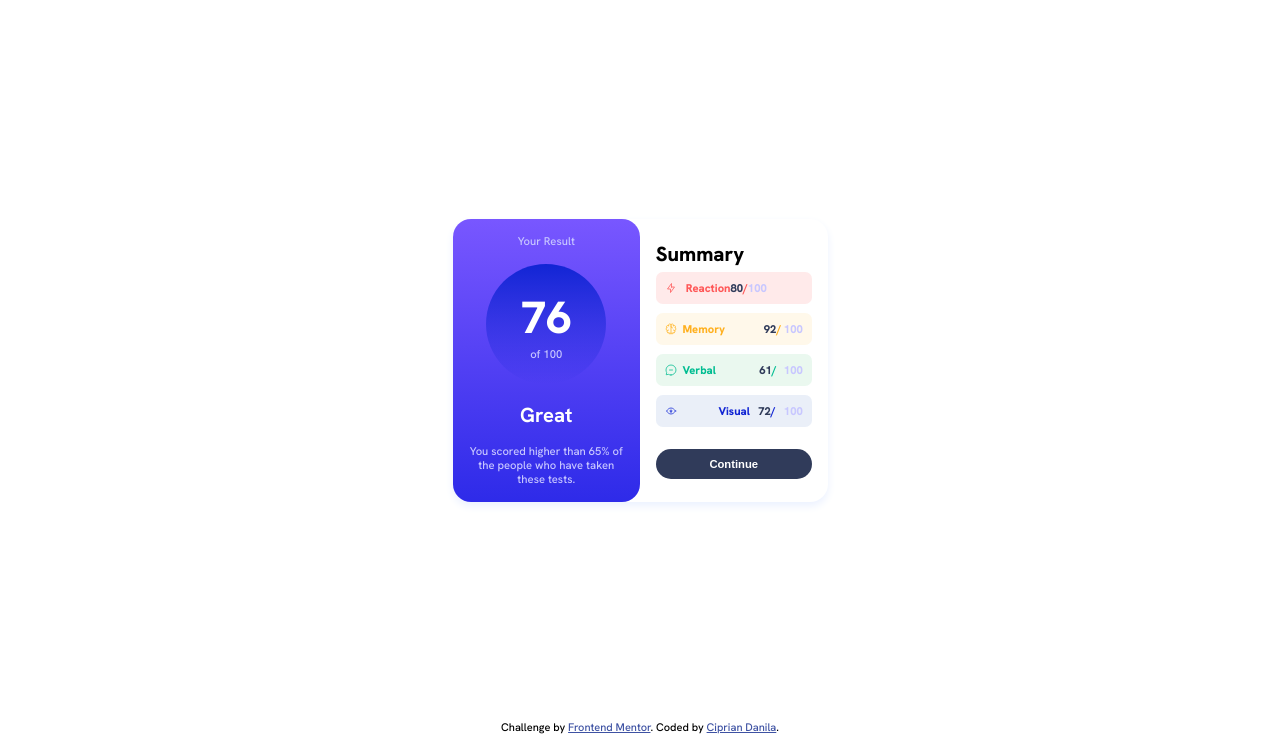
Repository: cipdanila/results-summary-component
Page: index.html
The author's editor kept a copy of each file at every save. The page is drawn from the files as they stood at one save, then again after the next save.
The browser window is 1280 px wide. The pictures show the whole page.

Above is the page before, as saved 2024-02-05 20:41:58.

### index.html
<!DOCTYPE html>
<html lang="en">
    <head>
        <meta charset="UTF-8" />
        <meta name="viewport" content="width=device-width, initial-scale=1.0" />
        <!-- displays site properly based on user's device -->

        <link rel="icon" type="image/png" sizes="32x32" href="./assets/images/favicon-32x32.png" />
        <link rel="stylesheet" href="styles.css" />
        <title>Frontend Mentor | Results summary component</title>
    </head>
    <body>
        <main>
            <div class="card">
                <div class="result">
                    <p id="result-title">Your Result</p>
                    <div class="score-circle">
                        <div class="big-num">76</div>
                        <div class="small-text">of 100</div>
                    </div>
                    <h4>Great</h4>
                    <p>You scored higher than 65% of the people who have taken these tests.</p>
                </div>
                <div class="summary">
                    <p id="summary">Summary</p>
                    <div class="reaction">
                        <img src="./assets/images/icon-reaction.svg" alt="raction icon" />
                        <p>Reaction <span class="percent">80</span>/<span class="hundred">100</span></p>
                    </div>
                    <div class="memory">
                        <img src="./assets/images/icon-memory.svg" alt="memory icon" />
                        <p>Memory</p> <span class="percent">92</span> / <span class="hundred">100</span>
                    </div>
                    <div class="verbal">
                        <img src="./assets/images/icon-verbal.svg" alt="verbal icon" />
                        <p>Verbal</p> <span class="percent">61</span> / <span class="hundred">100</span>
                    </div>
                    <div class="visual">
                        <img src="./assets/images/icon-visual.svg" alt="visual icon" />
                        <p></p>Visual <span class="percent">72</span> / <span class="hundred">100</span>
                    </div>
                    <button class="continue" type="button">Continue</button>
                </div>
            </div>
        </main>

        <footer>
            <div class="attribution">
                Challenge by
                <a
                    href="https://www.frontendmentor.io/challenges/results-summary-component-CE_K6s0maV/hub"
                    target="_blank"
                    rel="noopener noreferer"
                    >Frontend Mentor</a
                >. Coded by <a href="https://github.com/cipdanila" target="_blank" rel="noopener noreferer">Ciprian Danila</a>.
            </div>
        </footer>
    </body>
</html>

### styles.css
@import url("https://fonts.googleapis.com/css2?family=Hanken+Grotesk:wght@500;700;800&display=swap");

:root {
    /* Colors */
    /* Primary */
    --light-red: hsl(0, 100%, 67%);
    --orange-yellow: hsl(39, 100%, 56%);
    --green-teal: hsl(166, 100%, 37%);
    --cobalt-blue: hsl(234, 85%, 45%);
    /* Gradients */
    --light-slate-blue: hsl(252, 100%, 67%); /*  (background) */
    --light-royal-blue: hsl(241, 81%, 54%); /* (background) */

    --violet-blue: hsla(256, 72%, 46%, 1); /* (circle) */
    --persian-blue: hsla(241, 72%, 46%, 0); /* (circle) */
    /* Neutral */
    --white: hsl(0, 0%, 100%);
    --pale-blue: hsl(221, 100%, 96%);
    --light-lavender: hsl(241, 100%, 89%);
    --dark-gray-blue: hsl(224, 30%, 27%);
}

*,
*::after,
*::before {
    margin: 0;
    padding: 0;
    box-sizing: border-box;
}

body,
html {
    height: 100%;
    font-family: "Hanken Grotesk", sans-serif;
    font-size: 1.125rem; /* 18px */
    font-weight: 300;
    background-color: var(--white);
}

main {
    display: flex;
    justify-content: center;
    align-items: center;
    height: 100%;
}

.card {
    max-width: 375px;
    border-radius: 1rem;
    box-shadow: 0 4px 8px 0 var(--pale-blue);
    display: flex;
    justify-content: center;
    align-items: center;
    background-color: var(--white);
}

.result {
    width: 50%;
    display: flex;
    flex-direction: column;
    justify-content: center;
    align-items: center;
    background: linear-gradient(to bottom, var(--light-slate-blue) 0%, var(--light-royal-blue) 100%);
    color: var(--white);
    border-radius: 1rem;
}

.title {
    padding: 1.25rem;
    font-weight: 800;
    font-size: 0.75rem;
}

.result .title {
    color: var(--light-lavender);
}

.score-circle {
    width: 120px;
    height: 120px;
    border-radius: 50%;
    background: linear-gradient(to bottom, var(--cobalt-blue) 0%, var(--persian-blue) 100%);
    display: flex;
    flex-direction: column;
    justify-content: center;
    align-items: center;
}

.big-num {
    font-size: 2.5rem;
    font-weight: 800;
}

.small-text {
    font-size: 0.625rem;
    color: var(--light-lavender);
}

.result h4 {
    padding-top: 1rem;
}

.result p {
    font-size: 0.625rem;
    color: var(--light-lavender);
    padding: 0.875rem;
    text-align: center;
}

.summary {
    width: 50%;
    height: auto;
    display: flex;
    flex-direction: column;
    justify-content: center;
    padding: 1rem 0.875rem 0 0.875rem;
    font-weight: 800;
}

.summary .title {
    padding: 0 0 1rem 0;
    font-size: 0.75rem;
    font-weight: 800;
    color: var(--dark-gray-blue);
}

.summary div {
    width: 100%;
    padding: 0.5rem;
    margin: 0.25rem 0;
    font-size: 0.625rem;
    display: flex;
    justify-content: space-between;
    align-items: center;
    border-radius: 0.375rem;
}

.summary div img {
    margin-right: 0.313rem;
    width: 12px;
}

.summary div p {
    display: flex;
    justify-content: flex-start;
    align-items: center;
    padding-right: 2rem;
}

.summary div span {
    margin-left: auto;
}

.summary .percent {
    color: var(--dark-gray-blue);
}

.summary .hundred {
    color: var(--light-lavender);
}

.summary .reaction {
    background-color: rgba(255, 51, 51, 0.1);
    color: var(--light-red);
}

.summary .memory {
    background-color: rgba(255, 187, 51, 0.1);
    color: var(--orange-yellow);
}

.summary .verbal {
    background-color: rgba(51, 187, 102, 0.1);
    color: var(--green-teal);
}

.summary .visual {
    background-color: rgba(51, 102, 187, 0.1);
    color: var(--cobalt-blue);
    border-radius: 0.375rem;
}

button {
    width: 100%;
    padding: 0.5rem;
    margin: 1rem auto;
    display: flex;
    justify-content: center;
    align-items: center;
    color: var(--white);
    background-color: var(--dark-gray-blue);
    font-size: 0.625rem;
    font-weight: 700;
    border-radius: 1rem;
    border: none;
    cursor: pointer;
}

button:hover {
    background: linear-gradient(to bottom, var(--light-slate-blue) 0%, var(--light-royal-blue) 100%);
}

.attribution {
    font-size: 11px;
    text-align: center;
}

.attribution a {
    color: hsl(228, 45%, 44%);
}

@media(max-width:375px) {
    .card {
        min-height: 100vh;
        display: flex;
        flex-direction: column;
    }

    .result {
        width: 100%;
    }

    .summary {
        width: 100%;
    }
}

After the next save:
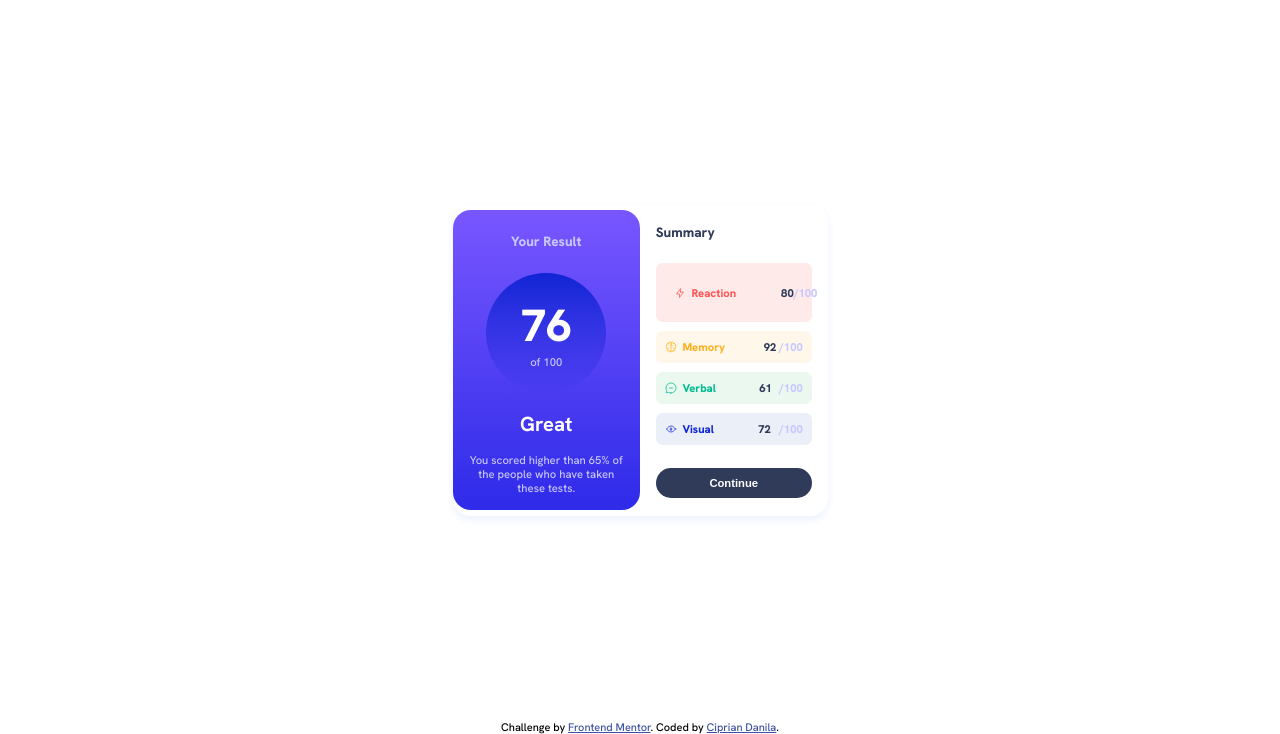
Saved 3 min 6 s later.
--- a/index.html
+++ b/index.html
@@ -1,59 +1,57 @@
 <!DOCTYPE html>
 <html lang="en">
-    <head>
-        <meta charset="UTF-8" />
-        <meta name="viewport" content="width=device-width, initial-scale=1.0" />
-        <!-- displays site properly based on user's device -->
+<head>
+    <meta charset="UTF-8" />
+    <meta name="viewport" content="width=device-width, initial-scale=1.0" />
+    <link rel="icon" type="image/png" sizes="32x32" href="./assets/images/favicon-32x32.png" />
+    <link rel="stylesheet" href="styles.css" />
+    <title>Frontend Mentor | Results summary component</title>
+</head>
+<body>
+    <main>
+        <div class="card">
+            <div class="result">
+                <h1 class="title">Your Result</h1>
+                <div class="score-circle">
+                    <div class="big-num">76</div>
+                    <div class="small-text">of 100</div>
+                </div>
+                <h4>Great</h4>
+                <p>You scored higher than 65% of the people who have taken these tests.</p>
+            </div>
+            <div class="summary">
+                <h2 class="title">Summary</h2>
+                <div class="reaction">
+                    <div>
+                        <img src="./assets/images/icon-reaction.svg" alt="raction icon" />
+                        <p>Reaction</p>
+                    </div>
+                    <span class="percent">80</span><span class="hundred">/100</span>
+                </div>
+                <div class="memory">
+                    <img src="./assets/images/icon-memory.svg" alt="memory icon" />
+                    <p>Memory</p> <span class="percent">92</span><span class="hundred">/100</span>
+                </div>
+                <div class="verbal">
+                    <img src="./assets/images/icon-verbal.svg" alt="verbal icon" />
+                    <p>Verbal</p> <span class="percent">61</span><span class="hundred">/100</span>
+                </div>
+                <div class="visual">
+                    <img src="./assets/images/icon-visual.svg" alt="visual icon" />
+                    <p>Visual</p> <span class="percent">72</span><span class="hundred">/100</span>
+                </div>
+                <button class="continue" type="button">Continue</button>
+            </div>
+        </div>
+    </main>
 
-        <link rel="icon" type="image/png" sizes="32x32" href="./assets/images/favicon-32x32.png" />
-        <link rel="stylesheet" href="styles.css" />
-        <title>Frontend Mentor | Results summary component</title>
-    </head>
-    <body>
-        <main>
-            <div class="card">
-                <div class="result">
-                    <p id="result-title">Your Result</p>
-                    <div class="score-circle">
-                        <div class="big-num">76</div>
-                        <div class="small-text">of 100</div>
-                    </div>
-                    <h4>Great</h4>
-                    <p>You scored higher than 65% of the people who have taken these tests.</p>
-                </div>
-                <div class="summary">
-                    <p id="summary">Summary</p>
-                    <div class="reaction">
-                        <img src="./assets/images/icon-reaction.svg" alt="raction icon" />
-                        <p>Reaction <span class="percent">80</span>/<span class="hundred">100</span></p>
-                    </div>
-                    <div class="memory">
-                        <img src="./assets/images/icon-memory.svg" alt="memory icon" />
-                        <p>Memory</p> <span class="percent">92</span> / <span class="hundred">100</span>
-                    </div>
-                    <div class="verbal">
-                        <img src="./assets/images/icon-verbal.svg" alt="verbal icon" />
-                        <p>Verbal</p> <span class="percent">61</span> / <span class="hundred">100</span>
-                    </div>
-                    <div class="visual">
-                        <img src="./assets/images/icon-visual.svg" alt="visual icon" />
-                        <p></p>Visual <span class="percent">72</span> / <span class="hundred">100</span>
-                    </div>
-                    <button class="continue" type="button">Continue</button>
-                </div>
-            </div>
-        </main>
-
-        <footer>
-            <div class="attribution">
-                Challenge by
-                <a
-                    href="https://www.frontendmentor.io/challenges/results-summary-component-CE_K6s0maV/hub"
-                    target="_blank"
-                    rel="noopener noreferer"
-                    >Frontend Mentor</a
-                >. Coded by <a href="https://github.com/cipdanila" target="_blank" rel="noopener noreferer">Ciprian Danila</a>.
-            </div>
-        </footer>
-    </body>
+    <footer>
+        <div class="attribution">
+            Challenge by
+            <a href="https://www.frontendmentor.io/challenges/results-summary-component-CE_K6s0maV/hub"
+                target="_blank" rel="noopener noreferer">Frontend Mentor</a>. Coded by <a
+                href="https://github.com/cipdanila" target="_blank" rel="noopener noreferer">Ciprian Danila</a>.
+        </div>
+    </footer>
+</body>
 </html>
